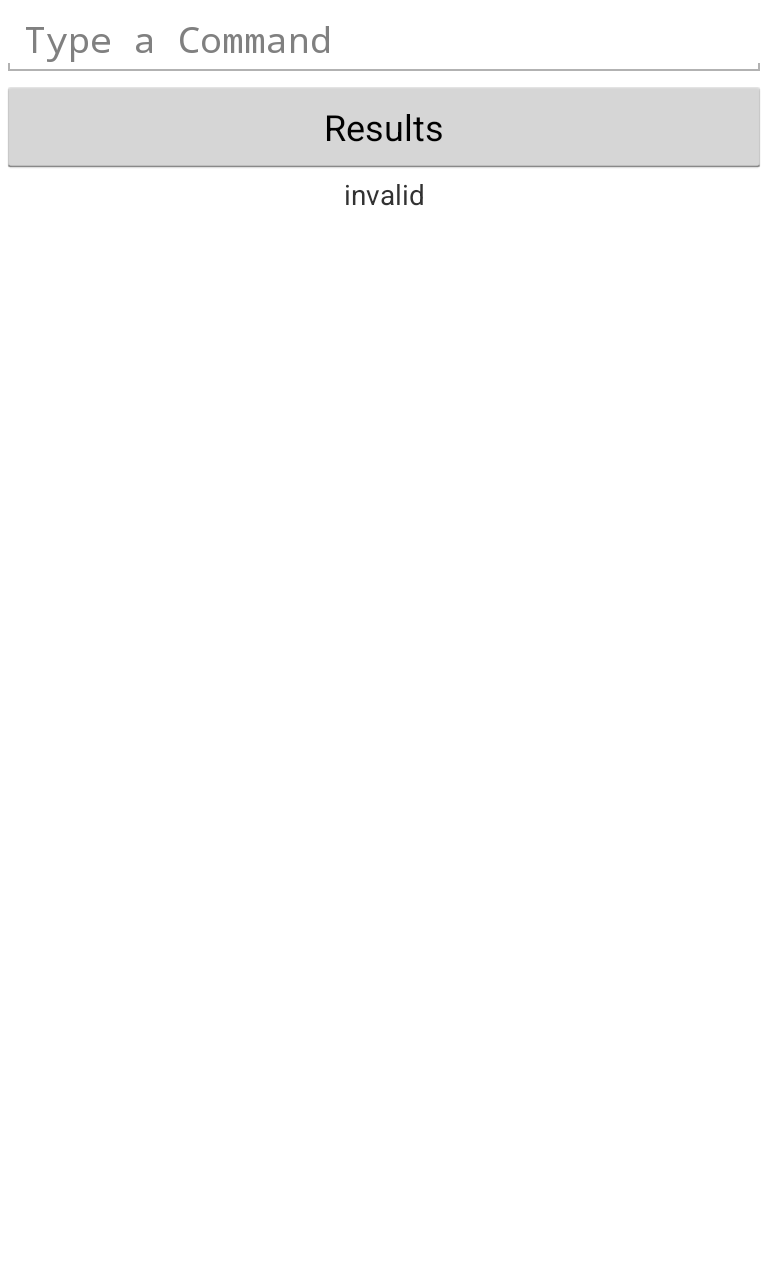
Repository: lcbasu/android
Layout: adt/TheNewBoston/res/layout/text.xml
These files come from the project's save history. The layout is drawn as it stood at one moment and after the next save; the edit follows.
It is drawn on a 768 x 1280 px phone screen (xhdpi) without system bars, with theme AppTheme; the app's code is not run.

Above is the layout before, as saved 2014-05-19 05:52:45.

After the next save:
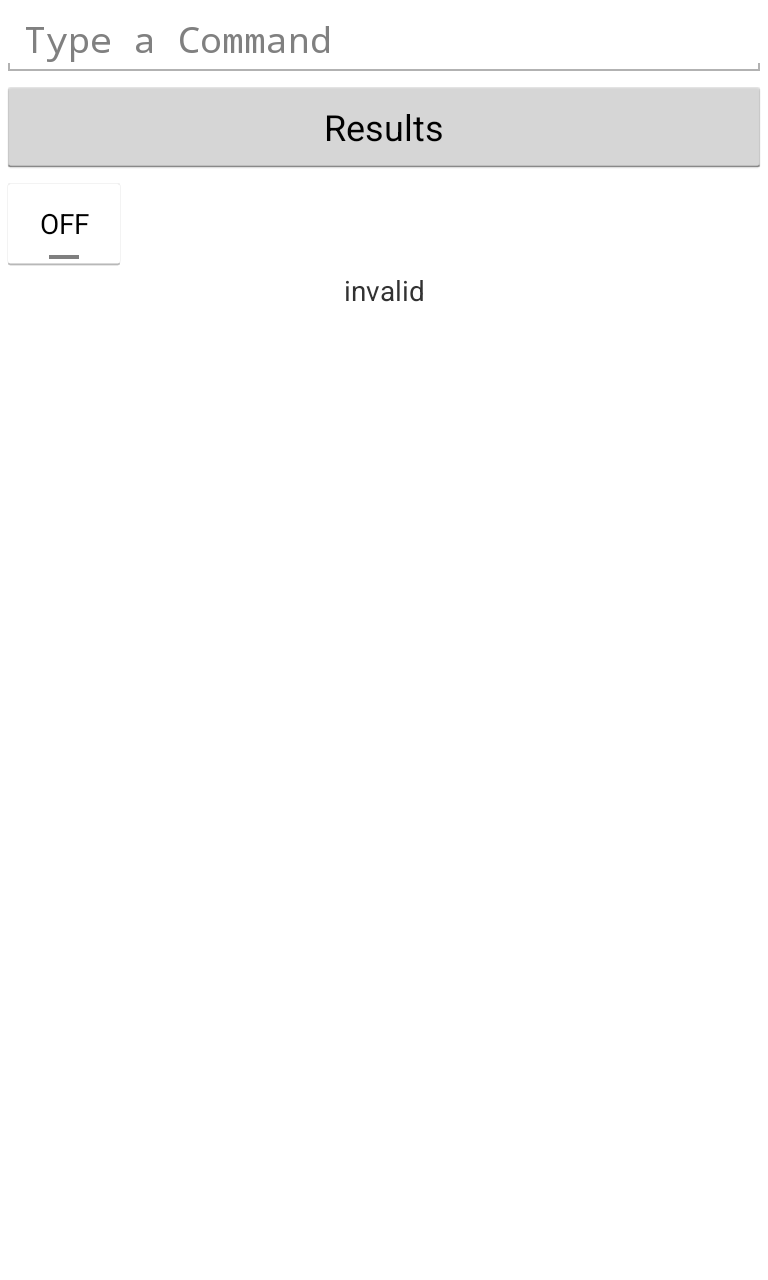
Saved 3 min 32 s later.
--- a/adt/TheNewBoston/res/layout/text.xml
+++ b/adt/TheNewBoston/res/layout/text.xml
@@ -17,6 +17,13 @@
         android:layout_height="wrap_content"
         android:gravity="center"
         android:text="Results" />
+    <ToggleButton
+        android:text="ToggleButton"
+        android:id="@+id/tgBt"
+
+        android:layout_width="wrap_content"
+        android:layout_height="wrap_content"
+        />
 
     <TextView
         android:id="@+id/tvResults"
